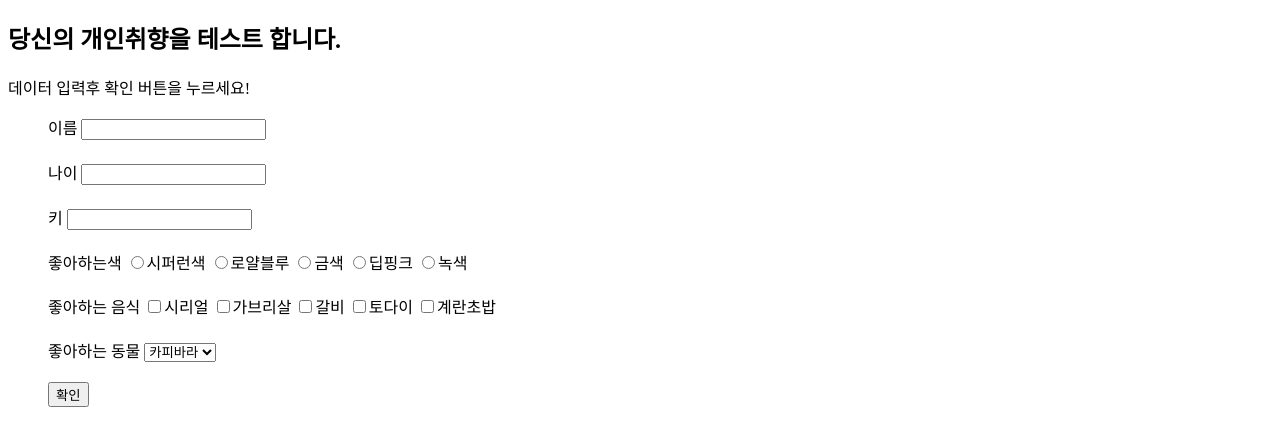
Repository: Jiwon-cho/WASPractice
Page: 02_servletdata/web/views/testPerson.html
These files come from the project's save history. The page is drawn as it stood at one moment and after the next save; the edit follows.
The browser window is 1280 px wide. The pictures show the whole page.

Above is the page before, as saved 2021-04-30 10:06:41.

### 02_servletdata/web/views/testPerson.html
<!DOCTYPE html>
<html>
<head>
<meta charset="UTF-8">
<title>개인취향 테스트</title>
<style>
ul{
	list-style-type:none;
	}
ul>li{
	margin-bottom:20px;
}
</style>


</head>
<body>
<h2>당신의 개인취향을 테스트 합니다.</h2>
<p>데이터 입력후 확인 버튼을 누르세요!</p>
<form action="testPerson.do" method="post">
<ul>
<li>이름 <input type="text" name="name"></li>
<li>나이 <input type="number" name="age"></li>
<li>키 <input type="text" name="height"></li>
<li>좋아하는색
	<label><input type="radio" name="color" value="cornflowerblue">시퍼런색</label>
	<label><input type="radio" name="color" value="royalblue">로얄블루</label>
	<label><input type="radio" name="color" value="gold">금색</label>
	<label><input type="radio" name="color" value="deeppink">딥핑크</label>
	<label><input type="radio" name="color" value="green">녹색</label>

</li>
<li>좋아하는 음식
<label><input type="checkbox" name="food" value="시리얼">시리얼</label>
<label><input type="checkbox" name="food" value="가브리살">가브리살</label>
<label><input type="checkbox" name="food" value="갈비">갈비</label>
<label><input type="checkbox" name="food" value="토다이">토다이</label>
<label><input type="checkbox" name="food" value="계란초밥">계란초밥</label>
</li>
<li>좋아하는 동물
<select name="animal">
<option value="카피바라">카피바라</option>
<option value="강아지">강아지</option>
<option value="코알라">코알라</option>
<option value="삵">삵</option>
<option value="쿼카">쿼카</option>
</select>
</li>
<li>
<input type="submit" value="확인">
</li>

</ul>
</form>

</body>
</html>

After the next save:
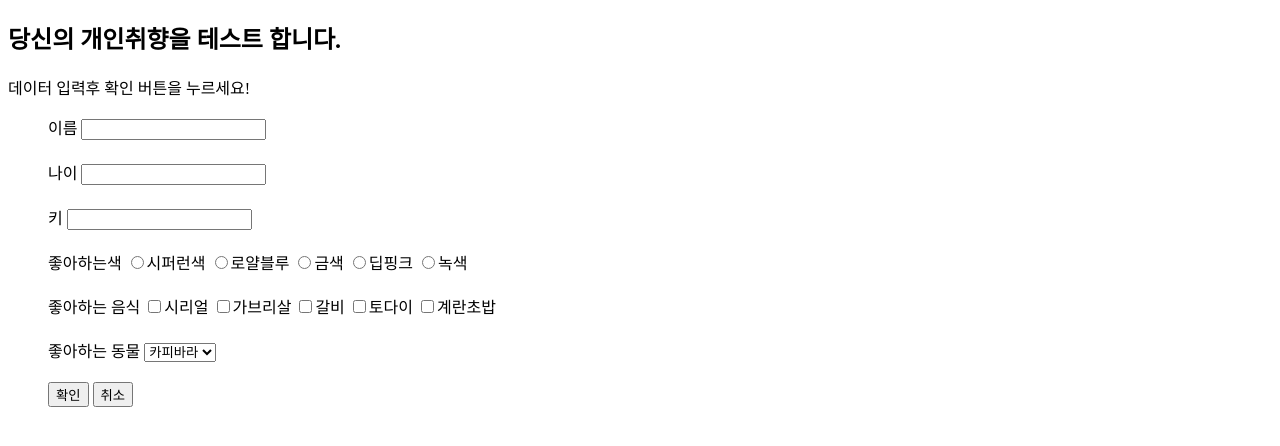
Saved 19 s later.
--- a/02_servletdata/web/views/testPerson.html
+++ b/02_servletdata/web/views/testPerson.html
@@ -48,6 +48,7 @@ ul>li{
 </li>
 <li>
 <input type="submit" value="확인">
+<input type="reset" value="취소">
 </li>
 
 </ul>
